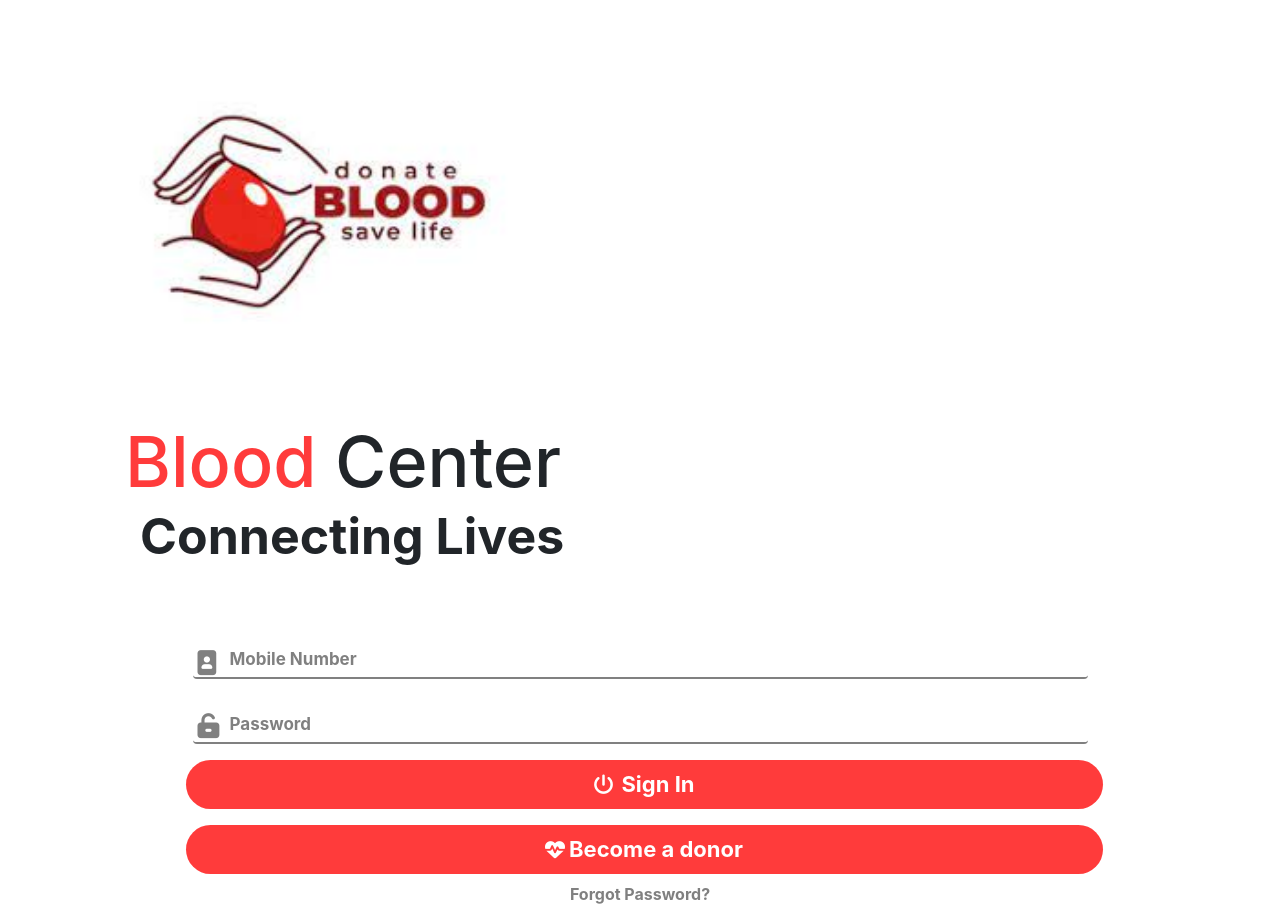
Repository: syedali042/jbds
Page: /
The author's editor kept a copy of each file at every save. The page is drawn from the files as they stood at one save, then again after the next save.
The browser window is 1280 px wide. The pictures show the whole page.
Some web libraries are served in a nearby version. The project was rebuilt for these pictures with package versions that can differ from the ones it lists, and the page was loaded fresh each time. Also part of the build but not shown: src/components/Header.js, src/components/About.js, src/components/Register.js, src/components/Header2.js, src/components/Home.js, src/components/Header4.js, src/components/Request.js, src/components/Header3.js and 1 more.

Above is the page before, as saved 2021-11-09 20:22:17.

After the next save:
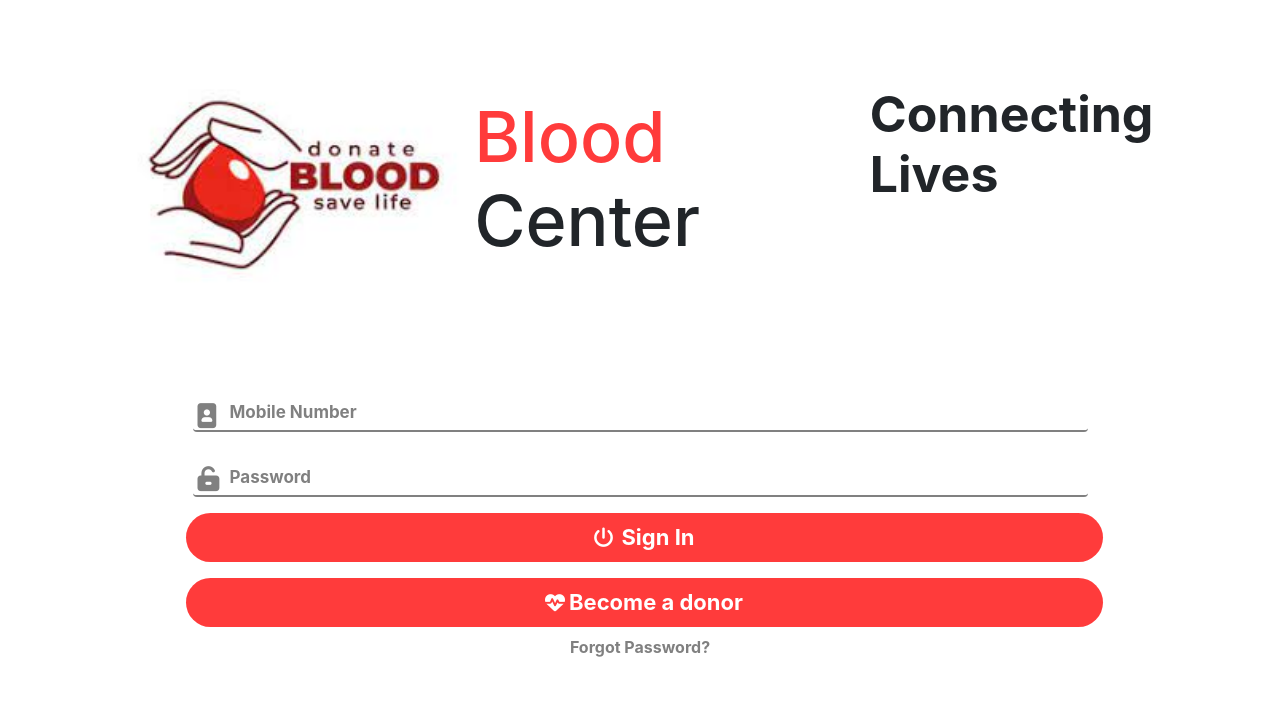
Saved 40 s later.
--- a/src/components/Login.js
+++ b/src/components/Login.js
@@ -6,7 +6,7 @@ function Login() {
     return (
 
             <div className="container">
-                <div>
+                <div className="d-flex align-items-center justify-content-center">
                     <img src="./images/download.jfif" alt="there is no image" className="img"/>
                     <h2 className="blood"><span style={{color:'#FF3B3B'}}>Blood</span> Center</h2><br>
                     </br>
